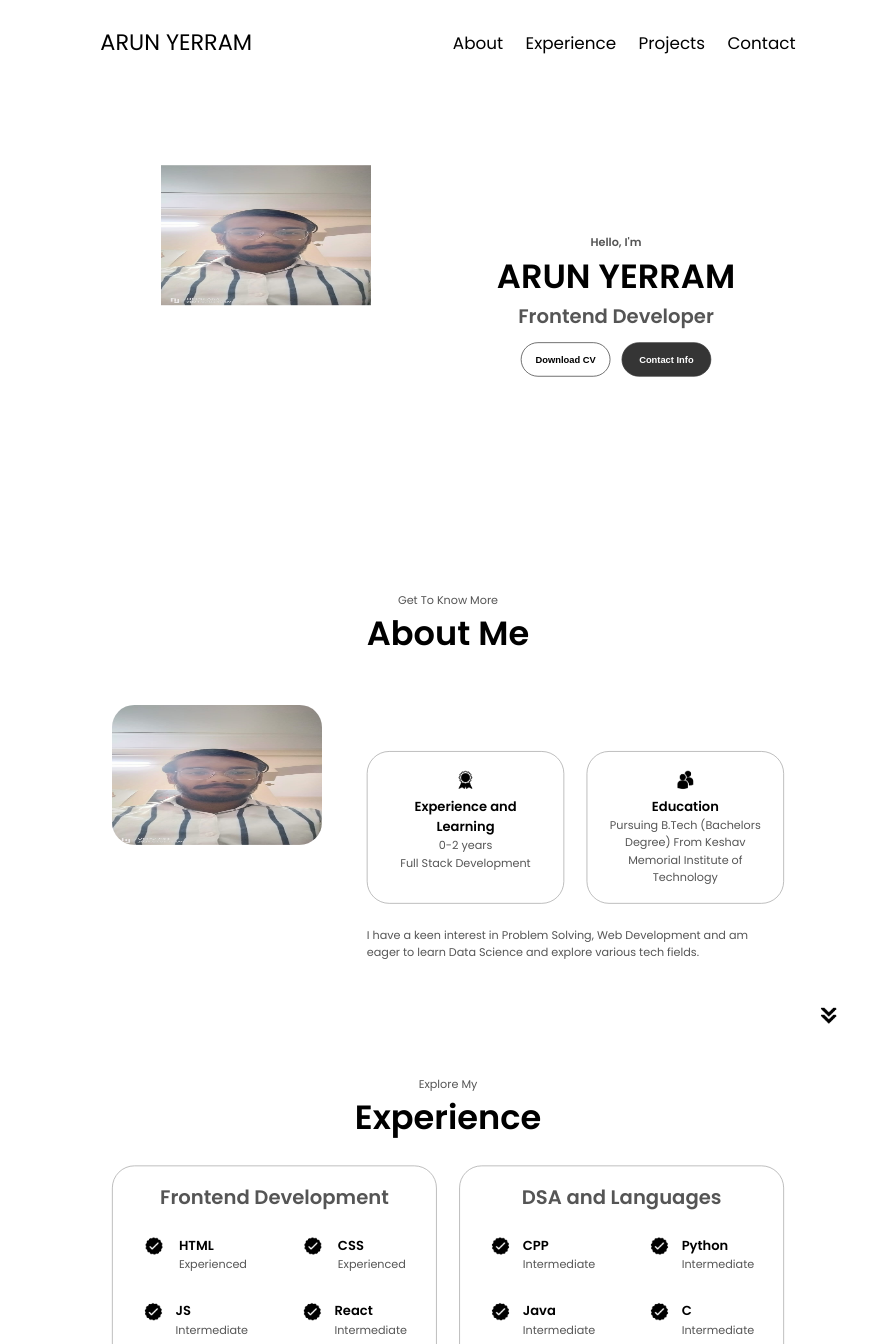
Repository: ARUN-YERRAM/ARUN-YERRAM-PORTFOLIO
Page: index.html
These files come from the project's save history. The page is drawn as it stood at one moment and after a run of saves; the edit follows.
The browser window is 1280 px wide. The pictures show the part of the page from y = 0 to 1920 px (the page is 3401 px tall), at 70% of full size.

Above is the page before, as saved 2024-09-04 01:33:10.

After the next 2 saves:
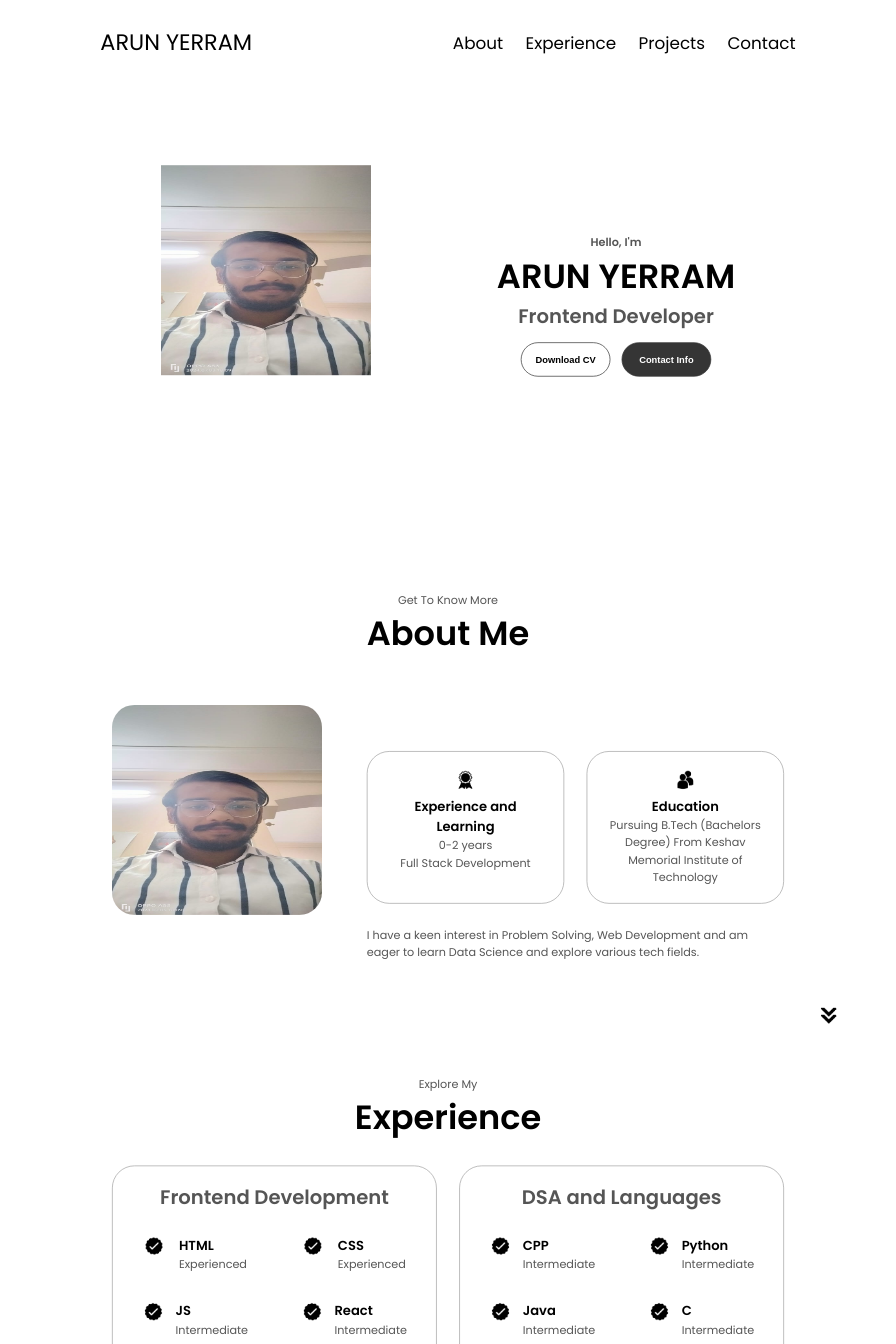
The 2 saves are shown as one change because they came seconds apart.
The last was saved 56 s later.
--- a/index.html
+++ b/index.html
@@ -38,7 +38,7 @@
   </nav>
   <section id="profile">
     <div class="section__pic-container">
-      <img src="./assets/Arun.jpg" alt="John Doe profile picture" width="300px" height="200px" />
+      <img src="./assets/Arun.jpg" alt="John Doe profile picture" width="300px" height="300px" />
     </div>
     <div class="section__text">
       <p class="section__text__p1">Hello, I'm</p>
@@ -65,7 +65,7 @@
     <h1 class="title">About Me</h1>
     <div class="section-container">
       <div class="section__pic-container">
-        <img src="./assets/Arun.jpg" alt="Profile picture" class="about-pic" width="300px" height="200px"/>
+        <img src="./assets/Arun.jpg" alt="Profile picture" class="about-pic" width="300px" height="300px"/>
       </div>
       <div class="about-details-container">
         <div class="about-containers">
